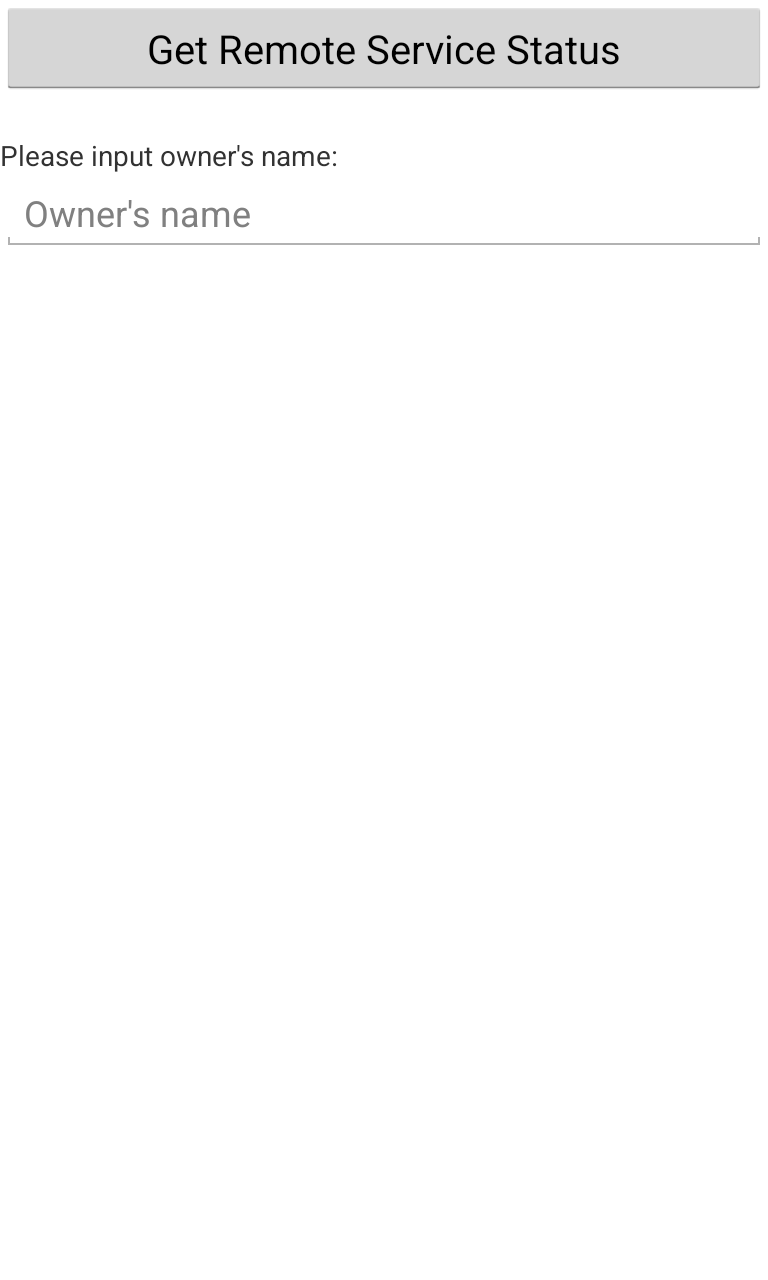
Repository: Liu-D-Henrry/Android
Layout: ComplexClient/res/layout/activity_complex_client.xml
These files come from the project's save history. The layout is drawn as it stood at one moment and after a run of saves; the edit follows.
It is drawn on a 768 x 1280 px phone screen (xhdpi) without system bars, with theme AppTheme; the app's code is not run. Lists and similar views that code fills are empty.

Above is the layout before, as saved 2013-09-02 07:19:55.

### ComplexClient/res/layout/activity_complex_client.xml
<LinearLayout xmlns:android="http://schemas.android.com/apk/res/android"
    xmlns:tools="http://schemas.android.com/tools"
    android:orientation="vertical"
    android:layout_width="match_parent"
    android:layout_height="match_parent" >

    <Button
        android:layout_width="match_parent"
        android:layout_height="wrap_content"
        android:layout_marginBottom="20dp"
        android:gravity="center"
        android:textSize="20sp"
        android:text="@string/textTitle" />

    <TextView
        android:layout_width="match_parent"
        android:layout_height="wrap_content"
        android:text="@string/textInput" />

    <EditText
        android:id="@+id/owner"
        android:layout_width="match_parent"
        android:layout_height="wrap_content"
        android:hint="@string/textHint" />

    <ListView
        android:id="@+id/pets"
        android:layout_width="match_parent"
        android:layout_height="wrap_content" />

</LinearLayout>

### ComplexClient/res/values/strings.xml
<?xml version="1.0" encoding="utf-8"?>
<resources>

    <string name="app_name">ComplexClient</string>
    <string name="action_settings">Settings</string>
    <string name="hello_world">Hello world!</string>

    <string name="textTitle">Get Remote Service Status</string>
    <string name="textInput">Please input owner\'s name:</string>
    <string name="textHint">Owner\'s name</string>
</resources>

Loaded but not shown: ComplexClient/res/values/styles.xml (common file); ComplexClient/res/values-v11/styles.xml (common file); ComplexClient/res/values-v14/styles.xml (common file)

After the next 2 saves:
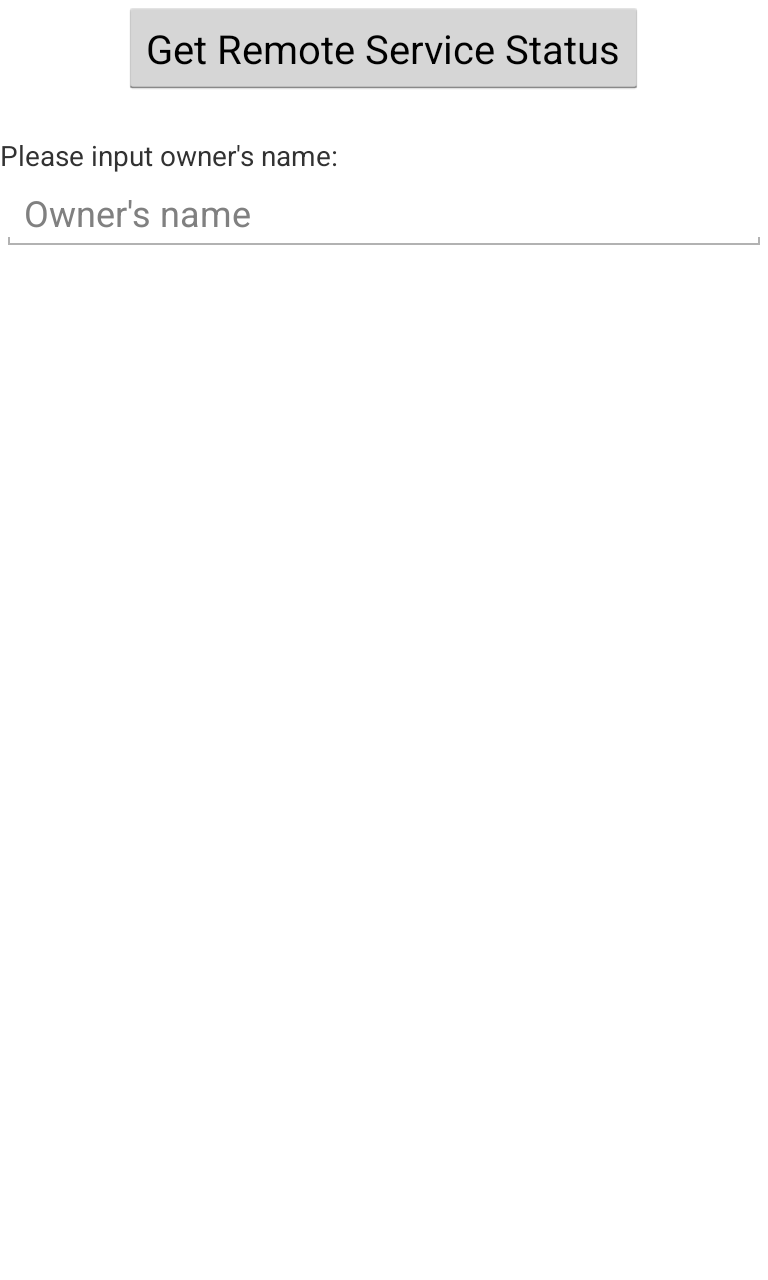
The 2 saves are shown as one change because they came seconds apart.
The last was saved 21 s later.
--- a/ComplexClient/res/layout/activity_complex_client.xml
+++ b/ComplexClient/res/layout/activity_complex_client.xml
@@ -5,10 +5,10 @@
     android:layout_height="match_parent" >
 
     <Button
-        android:layout_width="match_parent"
+        android:layout_width="wrap_content"
         android:layout_height="wrap_content"
+        android:layout_gravity="center"
         android:layout_marginBottom="20dp"
-        android:gravity="center"
         android:textSize="20sp"
         android:text="@string/textTitle" />
 
